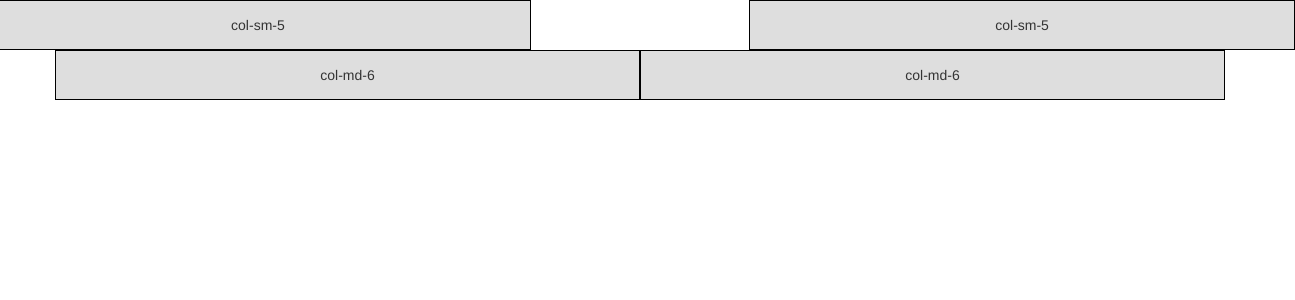
Repository: tatsuyaF11/c9
Page: Bootstrap Template/bootstrap_lesson.html
The author's editor kept a record of every edit. The page is drawn from the files as they stood at one moment, then again after the next edit.
The browser window is 1280 px wide. The page is 1295 px wide, so the pictures cover 1295 px, including what lies to the right of the window. The pictures show the whole page.

Above is the page before.

### Bootstrap Template/bootstrap_lesson.html
<!DOCTYPE html>
<html>
  <head>
    <meta charset="utf-8">
    <meta http-equiv="X-UA-Compatible" content="IE=edge">
    <meta name="viewport" content="width=device-width, initial-scale=1">

    <title>Grid System Test</title>

    <!-- Bootstrap CSS-->
    <link rel="stylesheet" href="https://maxcdn.bootstrapcdn.com/bootstrap/3.3.7/css/bootstrap.min.css">
    <!-- jQuery -->
    <script src="https://ajax.googleapis.com/ajax/libs/jquery/1.12.4/jquery.min.js"></script>
    <!-- Bootstrap JavaScript-->
    <script src="https://maxcdn.bootstrapcdn.com/bootstrap/3.3.7/js/bootstrap.min.js"></script>

    <style>
      .row div {
        border: 1px solid #000;
        padding: 1em;
        text-align: center;
        background-color: #dedede;
      }
    </style>

  </head>
  <body>
   <div class="row">
     <div class="col-sm-5">col-sm-5</div>
     <div class="col-sm-offset-2 col-sm-5">col-sm-5</div>
   </div>
  </body>

  <body>
    <div class="container">
      <div class="row">
        <div class="col-md-6">col-md-6</div>
        <div class="col-md-6">col-md-6</div>
      </div>
    </div>
  </body>
</html>

After the next edit:
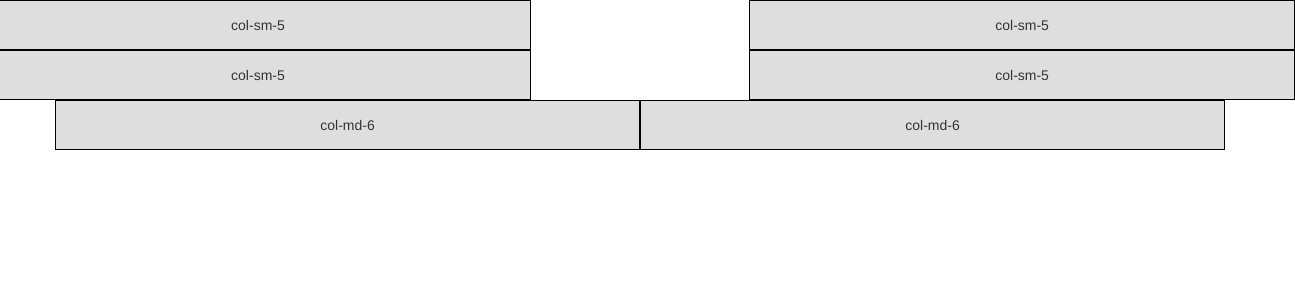
The edit:
--- a/Bootstrap Template/bootstrap_lesson.html
+++ b/Bootstrap Template/bootstrap_lesson.html
@@ -32,6 +32,13 @@
   </body>
 
   <body>
+  <div class="row">
+    <div class="col-sm-5">col-sm-5</div>
+    <div class="col-sm-offset-2 col-sm-5">col-sm-5</div>
+  </div>
+  </body
+
+  <body>
     <div class="container">
       <div class="row">
         <div class="col-md-6">col-md-6</div>
